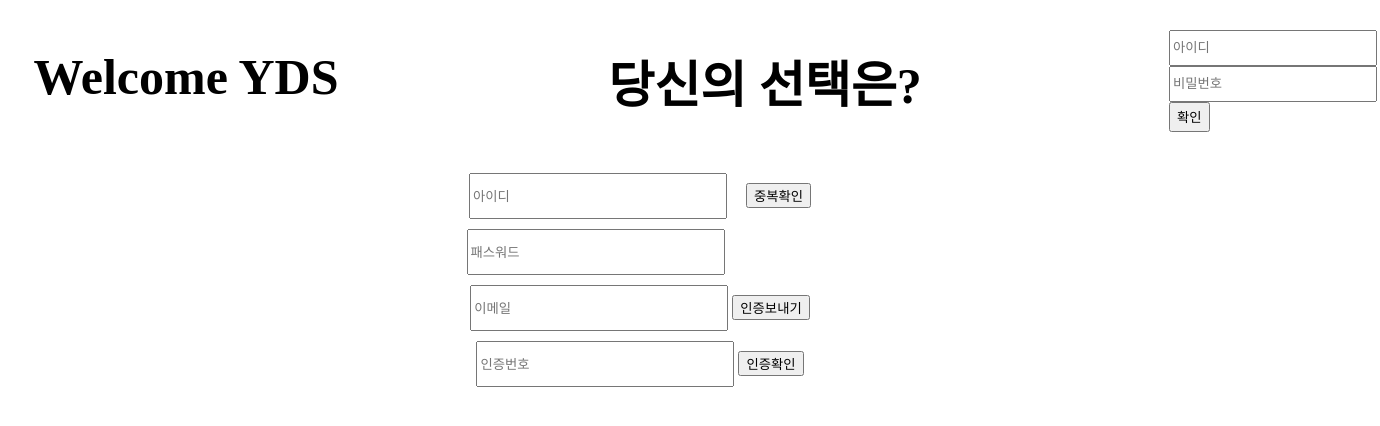
Repository: ejrtn/springbootMaven
Page: deoksu/src/main/resources/static/join.html
An editor plug-in stored every save of this project. The page is shown before and after the next save, followed by the edit.
The browser window is 1280 px wide. The page is 1380 px wide, so the pictures cover 1380 px, including what lies to the right of the window. The pictures show the whole page.

Above is the page before, as saved 2021-04-10 13:18:44.

### deoksu/src/main/resources/static/join.html
<!DOCTYPE html>
<html>
<head>
<meta charset="UTF-8">
<title>Insert title here</title>
<script src="http://code.jquery.com/jquery-latest.min.js"></script>
<script type="text/javascript">
function chkPW(){

 	var pw = $("#password").val();
 	var num = pw.search(/[0-9]/g);
 	var eng = pw.search(/[a-z]/ig);
 	var spe = pw.search(/[`~!@@#$%^&*|₩₩₩'₩";:₩/?]/gi);

 	if(pw.length < 8 || pw.length > 20){
  		alert("8자리 ~ 20자리 이내로 입력해주세요.");
  		return false;
 	}else if(pw.search(/\s/) != -1){
  		alert("비밀번호는 공백 없이 입력해주세요.");
  		return false;
 	}else if(num < 0 || eng < 0 || spe < 0 ){
  		alert("영문,숫자, 특수문자를 혼합하여 입력해주세요.");
  		return false;
 	}else {
    	return true;
	}

}
</script>
</head>
<body>
	<div align="center">
		<table>
			<tr>
				<td>
					<h1 align="center" style="font-size: 50px; width: 350px; height:66px;">Welcome YDS</h1>
				</td>
				<td>
					<h1 align="center"  style="font-size: 50px; width: 400px; margin-left: 200px; margin-right: 200px;">당신의 선택은?</h1>
				</td>
				<td>
					<input type="text" placeholder="아이디" style="height: 30px; width: 200px;">
					<input type="password" placeholder="비밀번호" style="height: 30px; width: 200px;">
					<input type="button" value="확인" style="height: 30px;">
				</td>
			</tr>
		</table>
	</div>
	<div align="center" style="margin-top: 20px;">
		<input type="text" placeholder="아이디" style="width: 250px; height: 40px; margin-bottom: 10px; margin-right: 15px;">
		<input type="button" value="중복확인"><br>
		<input type="password" placeholder="패스워드" style="width: 250px; height: 40px; margin-bottom: 10px; margin-right: 89px;"><br>
		<input type="email" placeholder="이메일" style="width: 250px; height: 40px; margin-bottom: 10px;">
		<input type="button" value="인증보내기"><br>
		<input type="text" placeholder="인증번호" style="width: 250px; height: 40px;">
		<input type="button" value="인증확인">
	</div>
</body>
</html>

After the next save:
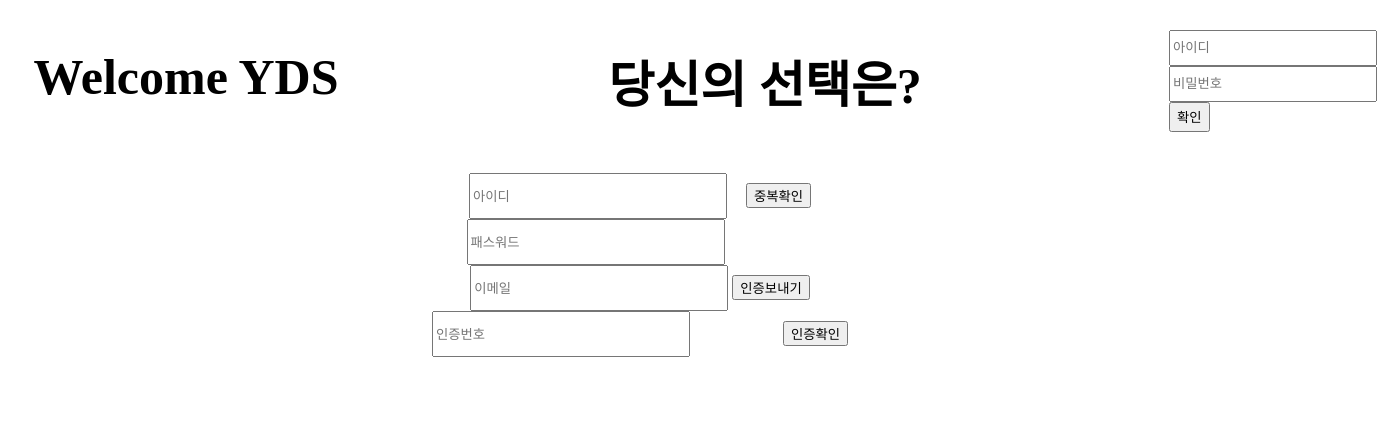
Saved 33 s later.
--- a/deoksu/src/main/resources/static/join.html
+++ b/deoksu/src/main/resources/static/join.html
@@ -47,12 +47,12 @@ function chkPW(){
 		</table>
 	</div>
 	<div align="center" style="margin-top: 20px;">
-		<input type="text" placeholder="아이디" style="width: 250px; height: 40px; margin-bottom: 10px; margin-right: 15px;">
+		<input type="text" placeholder="아이디" style="width: 250px; height: 40px; margin-right: 15px;">
 		<input type="button" value="중복확인"><br>
-		<input type="password" placeholder="패스워드" style="width: 250px; height: 40px; margin-bottom: 10px; margin-right: 89px;"><br>
-		<input type="email" placeholder="이메일" style="width: 250px; height: 40px; margin-bottom: 10px;">
+		<input type="password" placeholder="패스워드" style="width: 250px; height: 40px; margin-right: 89px;"><br>
+		<input type="email" placeholder="이메일" style="width: 250px; height: 40px;">
 		<input type="button" value="인증보내기"><br>
-		<input type="text" placeholder="인증번호" style="width: 250px; height: 40px;">
+		<input type="text" placeholder="인증번호" style="width: 250px; height: 40px; margin-right: 89px;">
 		<input type="button" value="인증확인">
 	</div>
 </body>
